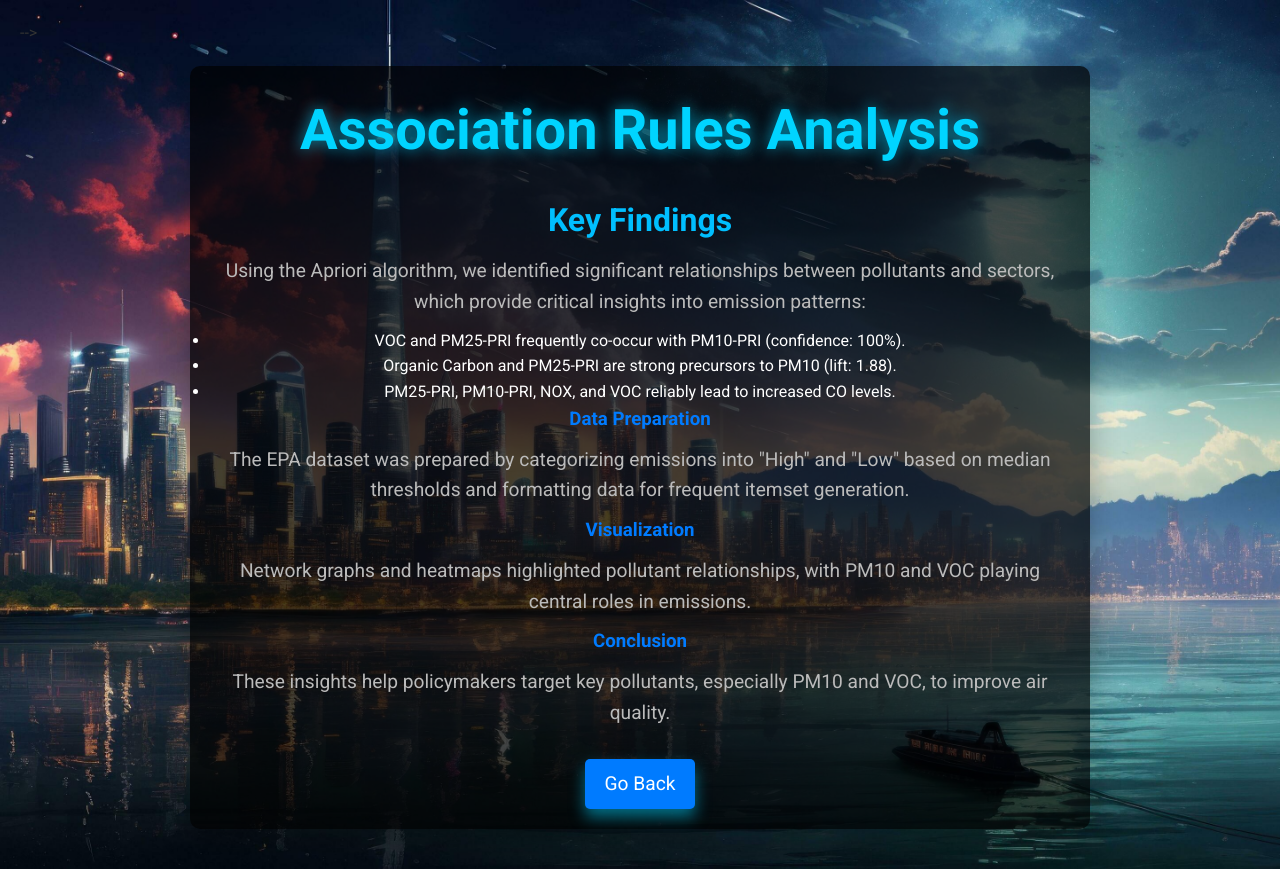
Repository: aminemnif/air-quality
Page: wafa_emissions_trend/templates/associationDetail.html
An editor plug-in stored every save of this project. The page is shown before and after a run of saves, followed by the edit.
The browser window is 1280 px wide. The pictures show the whole page.
The template is drawn by Django 5.2. The application's start-up code is not run. Other server files are loaded and not shown. The template is opened directly, without the code that normally fills it, so the values that code supplies are empty.

Above is the page before, as saved 2025-01-11 21:23:59.

### wafa_emissions_trend/templates/associationDetail.html
{% load static %}
<!DOCTYPE html>
<html lang="en">
<head>
    <meta charset="UTF-8">
    <meta name="viewport" content="width=device-width, initial-scale=1.0">
    <title>Association Rules - Detailed Report</title>
    <style>
        body {
            font-family: 'Arial', sans-serif;
            background: #f4f4f9;
            color: #333;
            padding: 20px;
            line-height: 1.6;
        }
        .container {
            max-width: 800px;
            margin: 0 auto;
            background: #fff;
            padding: 20px;
            box-shadow: 0 0 10px rgba(0, 0, 0, 0.1);
        }
        h1, h2, h3 {
            color: #007bff;
        }
        a.back-button {
            display: inline-block;
            margin-top: 20px;
            padding: 10px 20px;
            color: #fff;
            background: #007bff;
            text-decoration: none;
            border-radius: 5px;
        }
        a.back-button:hover {
            background: #0056b3;
        }
    </style>
</head>


<!--
{% load static %}
<!DOCTYPE html>
<html lang="en">
<head>
    <meta charset="UTF-8">
    <meta name="viewport" content="width=device-width, initial-scale=1.0">
    <title>Clustering Analysis of Air Quality & Respiratory Health</title>

    <!-- Fonts and Icons -->
    <link href="https://fonts.googleapis.com/css2?family=Roboto:wght@400;700&display=swap" rel="stylesheet">
    <link rel="stylesheet" href="https://cdnjs.cloudflare.com/ajax/libs/font-awesome/6.0.0-beta3/css/all.min.css">

    <style>
        /* General Reset */
        * {
            margin: 0;
            padding: 0;
            box-sizing: border-box;
        }

        body {
            font-family: 'Roboto', sans-serif;
            background: url("{% static 'futuristic-cityscapes-with-neon-lights-and-cyberpunk-vibes-free-photo.jpg' %}") no-repeat center center;
            background-size: cover;
            color: #333;
            line-height: 1.6;
        }

        /* Navigation Bar */
        nav {
            position: sticky;
            top: 0;
            background: rgba(0, 0, 0, 0.6);
            display: flex;
            justify-content: space-between;
            align-items: center;
            padding: 15px 30px;
            z-index: 1000;
            box-shadow: 0 4px 8px rgba(0, 0, 0, 0.1);
        }

        nav .logo {
            font-size: 2em;
            font-weight: bold;
            color: #00d4ff;
            text-shadow: 0 0 10px rgba(0, 212, 255, 0.7);
        }

        nav ul {
            list-style: none;
            display: flex;
        }

        nav ul li {
            margin: 0 20px;
        }

        nav ul li a {
            text-decoration: none;
            color: #00d4ff;
            font-size: 1.2em;
            font-weight: 600;
            letter-spacing: 1px;
            transition: color 0.3s ease;
        }

        nav ul li a:hover {
            color: #00a0cc;
        }

        /* Container and Section Styling */
        .container {
            max-width: 900px;
            margin: 20px auto;
            padding: 20px;
            background: rgba(0, 0, 0, 0.7);
            color: #fff;
            border-radius: 10px;
            box-shadow: 0 10px 30px rgba(0, 0, 0, 0.3);
            text-align: center;
        }

        .container h1 {
            font-size: 3.5em;
            color: #00d4ff;
            text-shadow: 0 0 15px rgba(0, 212, 255, 0.7);
            margin-bottom: 20px;
        }

        h2 {
            color: #00bfff;
            font-size: 2em;
            margin-top: 20px;
        }

        p {
            color: #bbb;
            font-size: 1.2em;
            margin: 10px 0;
        }

        .button-container {
            margin-top: 30px;
        }

        .back-button {
            display: inline-block;
            padding: 12px 25px;
            font-size: 1.2em;
            color: #fff;
            background: #00bfff;
            text-decoration: none;
            border-radius: 50px;
            box-shadow: 0 8px 15px rgba(0, 212, 255, 0.5);
            transition: all 0.3s ease;
        }

        .back-button:hover {
            background: #0097b8;
            box-shadow: 0 10px 25px rgba(0, 151, 184, 0.4);
        }
    </style>
</head>
-->

<body>
    <div class="container">
        <h1>Association Rules Analysis</h1>
        <h2>Key Findings</h2>
        <p>Using the Apriori algorithm, we identified significant relationships between pollutants and sectors, which provide critical insights into emission patterns:</p>
        <ul>
            <li>VOC and PM25-PRI frequently co-occur with PM10-PRI (confidence: 100%).</li>
            <li>Organic Carbon and PM25-PRI are strong precursors to PM10 (lift: 1.88).</li>
            <li>PM25-PRI, PM10-PRI, NOX, and VOC reliably lead to increased CO levels.</li>
        </ul>
        <h3>Data Preparation</h3>
        <p>The EPA dataset was prepared by categorizing emissions into "High" and "Low" based on median thresholds and formatting data for frequent itemset generation.</p>
        <h3>Visualization</h3>
        <p>Network graphs and heatmaps highlighted pollutant relationships, with PM10 and VOC playing central roles in emissions.</p>
        <h3>Conclusion</h3>
        <p>These insights help policymakers target key pollutants, especially PM10 and VOC, to improve air quality.</p>
        <a href="{% url 'home' %}" class="back-button">Go Back</a>
    </div>
</body>
</html>

After the next 4 saves:
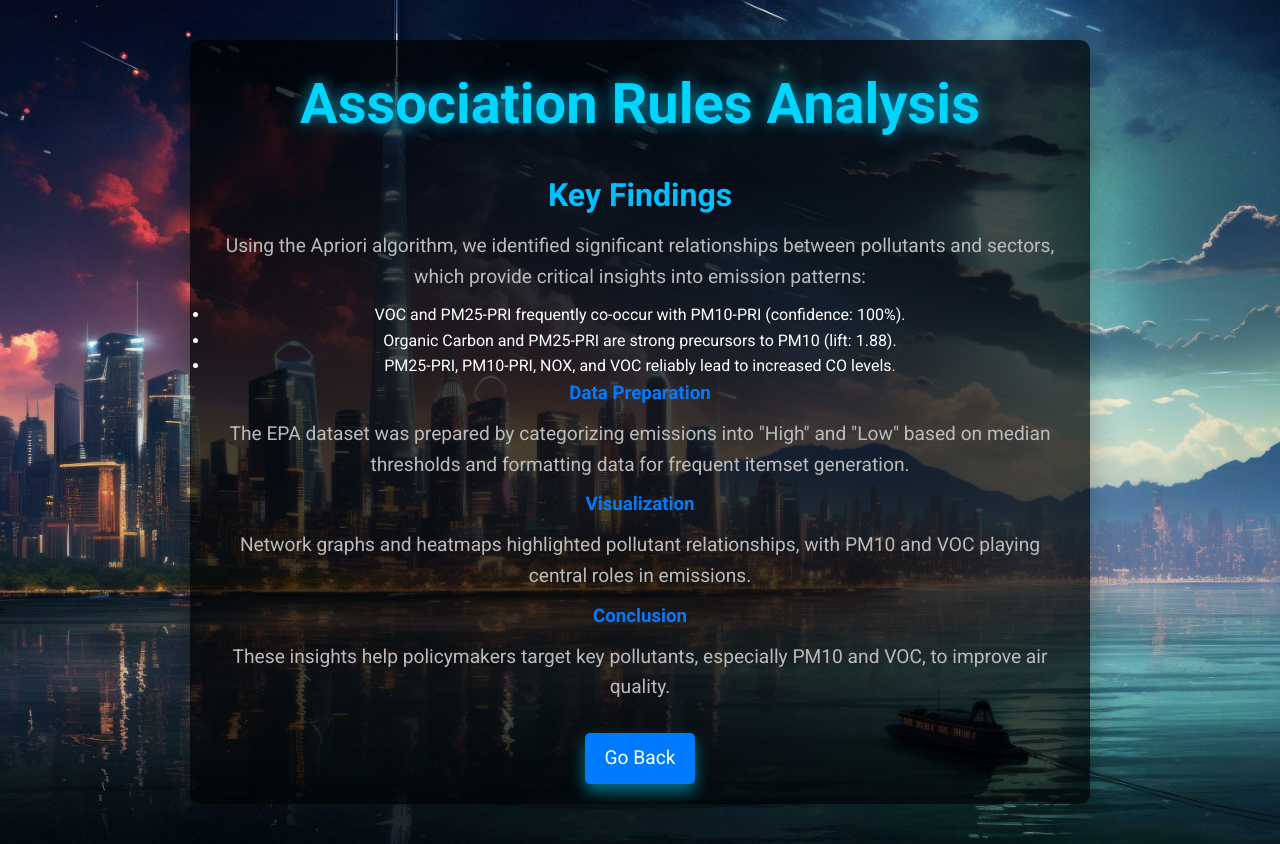
The 4 saves are shown as one change because they came seconds apart.
The last was saved 25 s later.
--- a/wafa_emissions_trend/templates/associationDetail.html
+++ b/wafa_emissions_trend/templates/associationDetail.html
@@ -163,7 +163,6 @@
         }
     </style>
 </head>
--->
 
 <body>
     <div class="container">
